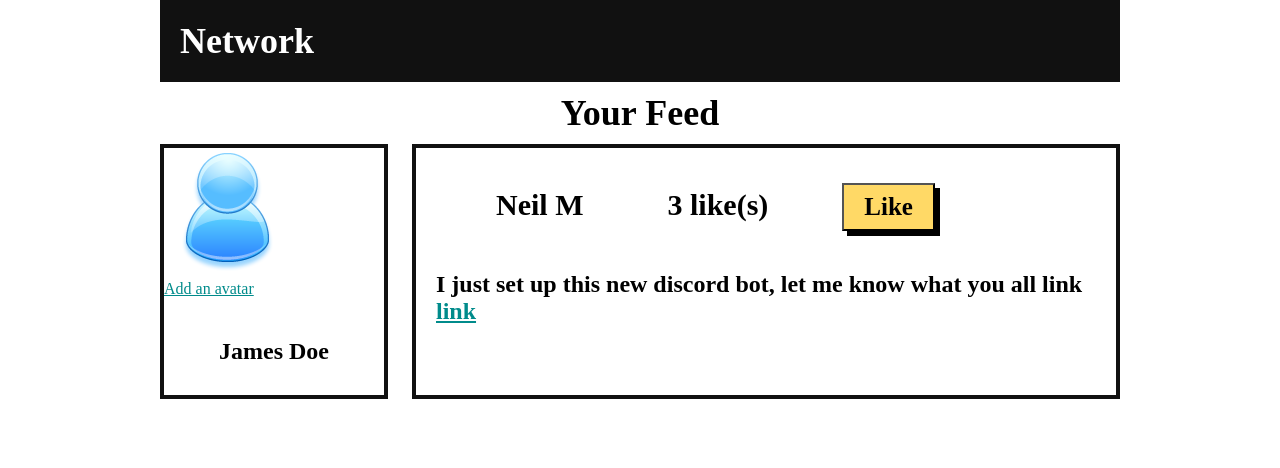
Repository: Blender20/liking_likes
Page: index.html
An editor plug-in stored every save of this project. The page is shown before and after the next save, followed by the edit.
The browser window is 1280 px wide. The pictures show the whole page.
Some web fonts or font styles are not loaded; a fallback is used.

Above is the page before, as saved 2022-03-30 11:17:33.

After the next save:
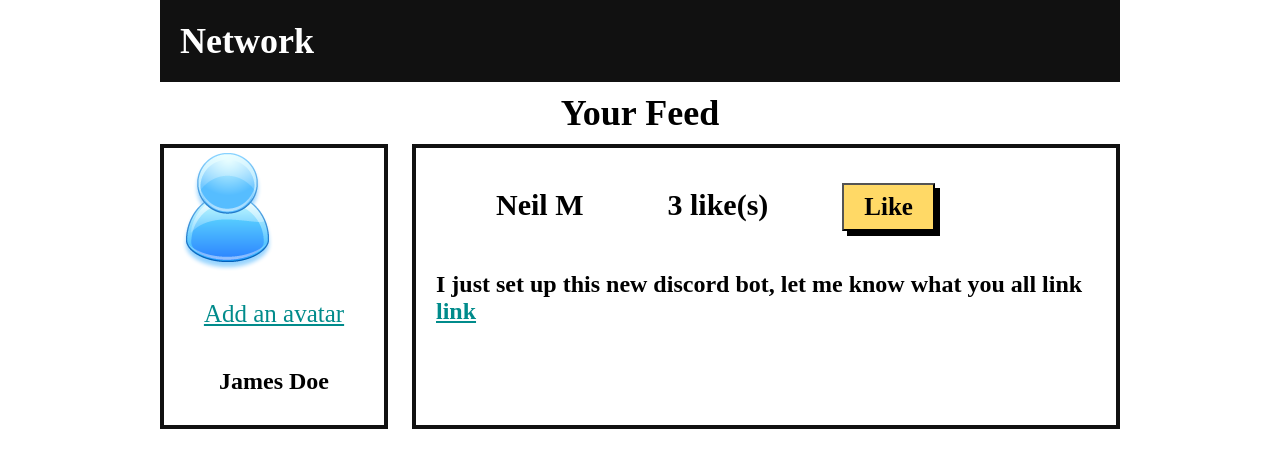
Saved 7 s later.
--- a/style.css
+++ b/style.css
@@ -87,7 +87,7 @@ a {
   box-shadow: 5px 5px;
 
 }
-/* .avatar{
+.avatar{
   /* margin-top: 20px; */
   text-align: center;
 
@@ -105,4 +105,4 @@ a {
 }
 .img {
 
-} */
+}
